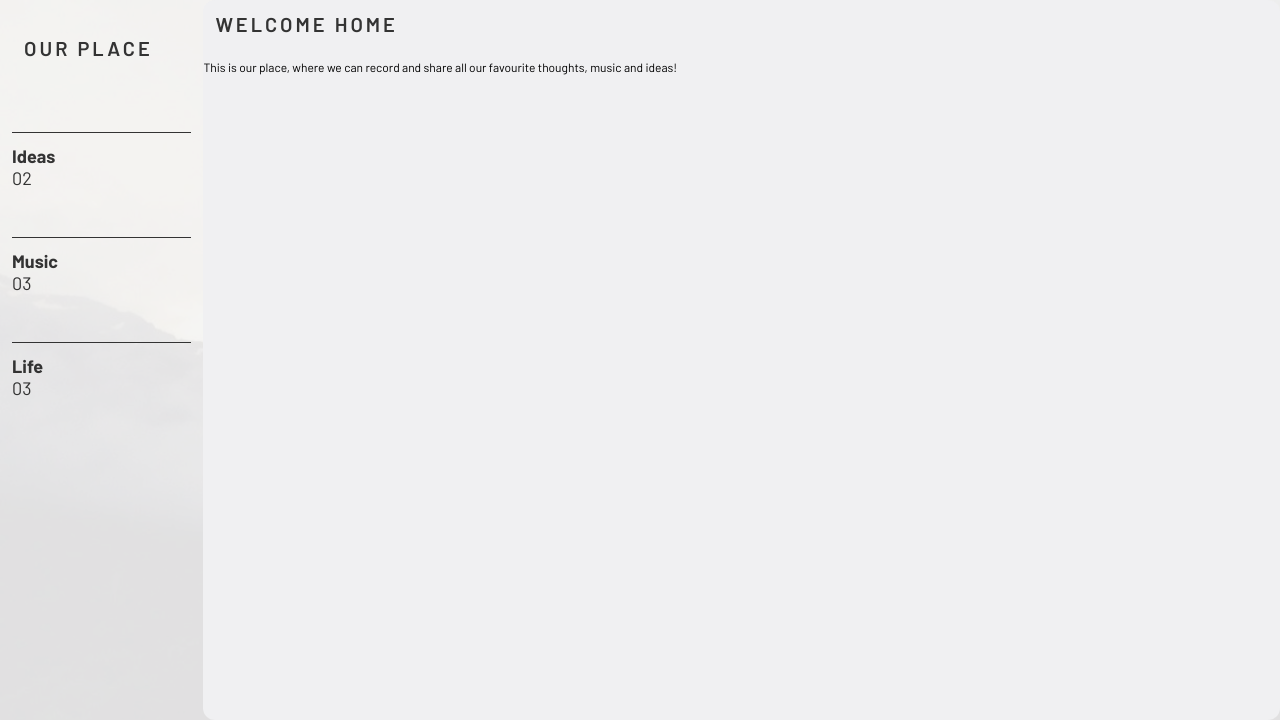
Repository: meghan-kradolfer/our-space-v1
Page: /
An editor plug-in stored every save of this project. The page is shown before and after the next save, followed by the edit.
The browser window is 1280 px wide. The pictures show the whole page.
The project was rebuilt for these pictures with package versions that can differ from the ones it lists, and the page was loaded fresh each time. Also part of the build but not shown: src/containers/music/index.js, src/components/footer.js.

Above is the page before, as saved 2017-11-17 20:10:59.

After the next save:
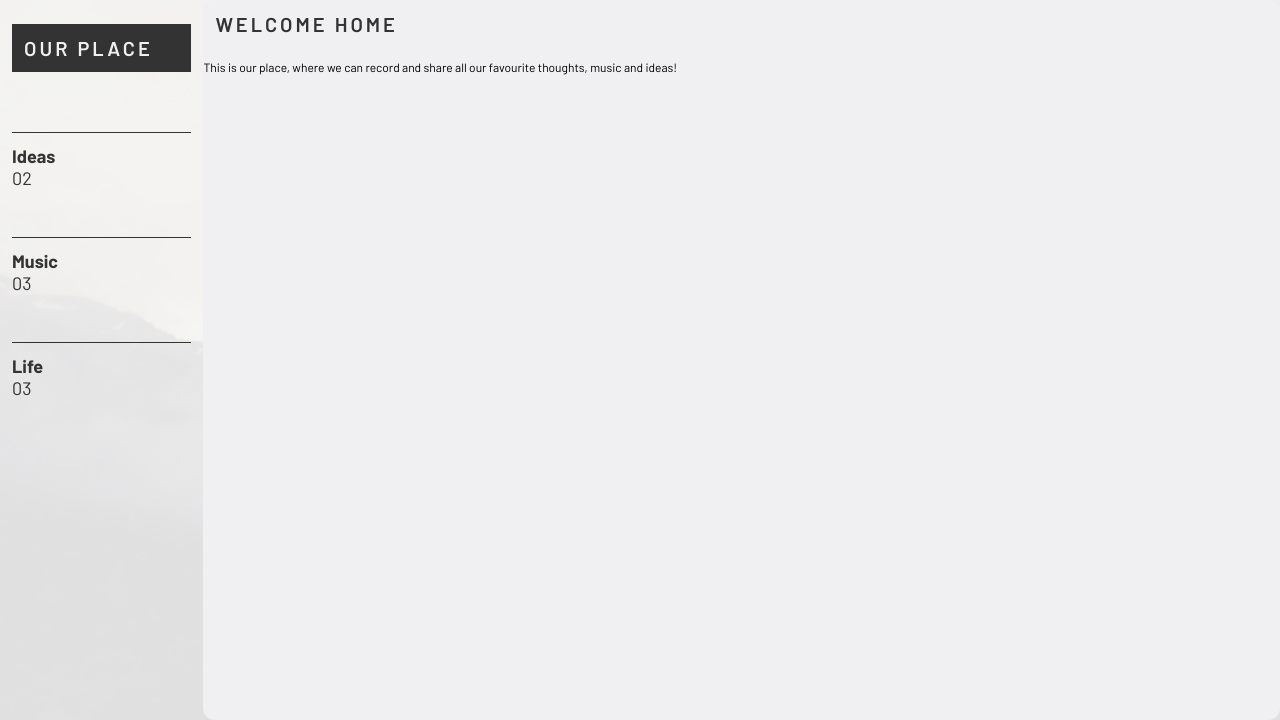
Saved 31 s later.
--- a/src/components/nav.js
+++ b/src/components/nav.js
@@ -7,7 +7,7 @@
       <header>
         <div className="flex-item logo">
           <Link to="/">
-            <h1>Our Place</h1>
+            <h2>Our Place</h2>
           </Link>
         </div>
         <nav className="flex-item">

After the save that followed:
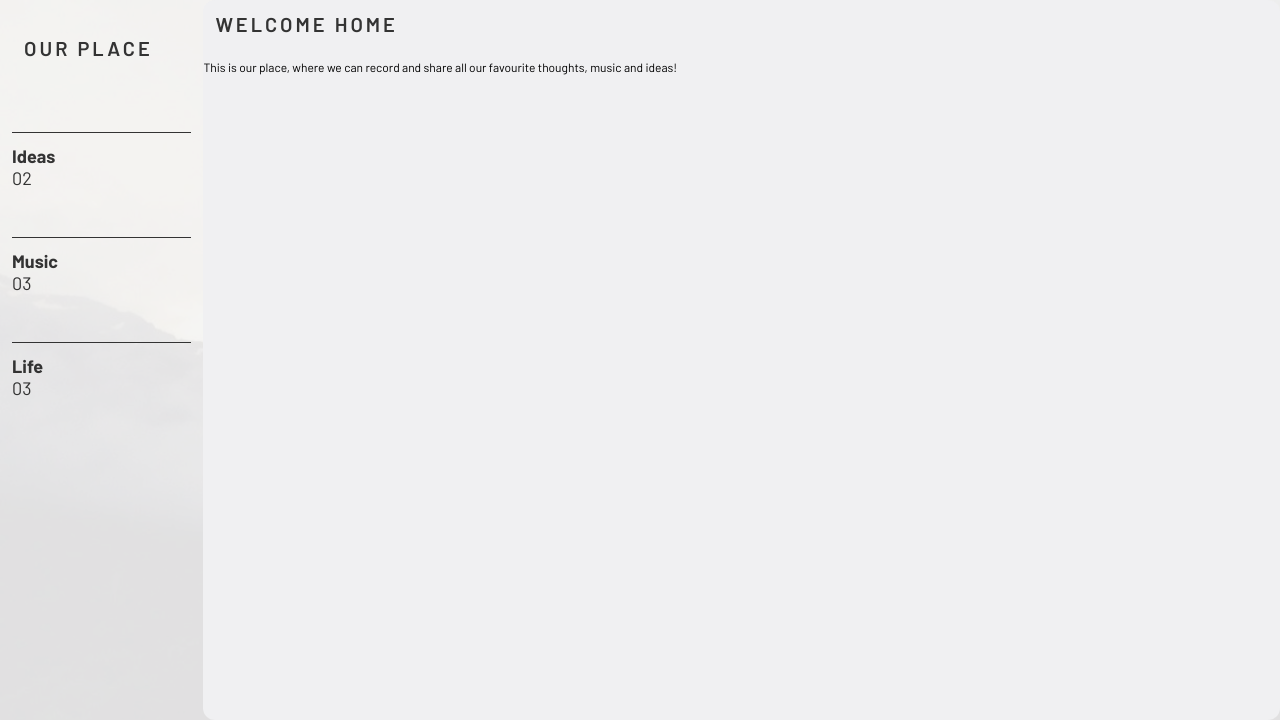
Saved 22 s later.
--- a/src/components/nav.js
+++ b/src/components/nav.js
@@ -7,7 +7,7 @@
       <header>
         <div className="flex-item logo">
           <Link to="/">
-            <h2>Our Place</h2>
+            <h1>Our Place</h1>
           </Link>
         </div>
         <nav className="flex-item">
